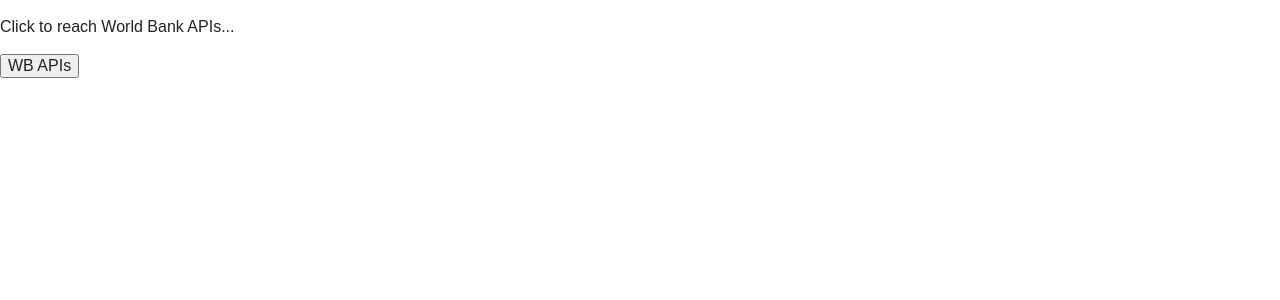
Repository: bugga/venturelab
Page: webkarma/index.html
These files come from the project's save history. The page is drawn as it stood at one moment and after the next save; the edit follows.
The browser window is 1280 px wide. The pictures show the whole page.

Above is the page before, as saved 2013-02-04 05:54:38.

### webkarma/index.html
<!DOCTYPE html>
<!--[if lt IE 7]>      <html class="no-js lt-ie9 lt-ie8 lt-ie7"> <![endif]-->
<!--[if IE 7]>         <html class="no-js lt-ie9 lt-ie8"> <![endif]-->
<!--[if IE 8]>         <html class="no-js lt-ie9"> <![endif]-->
<!--[if gt IE 8]><!--> <html class="no-js"> <!--<![endif]-->
    <head>
        <meta charset="utf-8">
        <meta http-equiv="X-UA-Compatible" content="IE=edge,chrome=1">
        <title></title>
        <meta name="description" content="">
        <meta name="viewport" content="width=device-width">

        <!-- Place favicon.ico and apple-touch-icon.png in the root directory -->

        <link rel="stylesheet" href="css/normalize.css">
        <link rel="stylesheet" href="css/main.css">
        <script src="js/vendor/modernizr-2.6.2.min.js"></script>
    </head>
    <body>
        <!--[if lt IE 7]>
            <p class="chromeframe">You are using an <strong>outdated</strong> browser. Please <a href="http://browsehappy.com/">upgrade your browser</a> or <a href="http://www.google.com/chromeframe/?redirect=true">activate Google Chrome Frame</a> to improve your experience.</p>
        <![endif]-->

        <!-- Add your site or application content here -->
        <p>Click to reach World Bank APIs...</p>
		<button onclick="getAvailableDataSources()">WB APIs</button>
		<!-- WORLD BANK -->

        <!--<script src="//ajax.googleapis.com/ajax/libs/jquery/1.9.0/jquery.min.js"></script>-->
        <script>window.jQuery || document.write('<script src="js/vendor/jquery-1.9.0.min.js"><\/script>')</script>
        <script src="js/plugins.js"></script>
        <script src="js/main.js"></script>

        <!-- Google Analytics: change UA-XXXXX-X to be your site's ID. -->
        <script>
            var _gaq=[['_setAccount','UA-XXXXX-X'],['_trackPageview']];
            (function(d,t){var g=d.createElement(t),s=d.getElementsByTagName(t)[0];
            g.src=('https:'==location.protocol?'//ssl':'//www')+'.google-analytics.com/ga.js';
            s.parentNode.insertBefore(g,s)}(document,'script'));
        </script>
    </body>
</html>

### webkarma/css/main.css
/*
 * HTML5 Boilerplate
 *
 * What follows is the result of much research on cross-browser styling.
 * Credit left inline and big thanks to Nicolas Gallagher, Jonathan Neal,
 * Kroc Camen, and the H5BP dev community and team.
 */

/* ==========================================================================
   Base styles: opinionated defaults
   ========================================================================== */

html,
button,
input,
select,
textarea {
    color: #222;
}

body {
    font-size: 1em;
    line-height: 1.4;
}

/*
 * Remove text-shadow in selection highlight: h5bp.com/i
 * These selection declarations have to be separate.
 * Customize the background color to match your design.
 */

::-moz-selection {
    background: #b3d4fc;
    text-shadow: none;
}

::selection {
    background: #b3d4fc;
    text-shadow: none;
}

/*
 * A better looking default horizontal rule
 */

hr {
    display: block;
    height: 1px;
    border: 0;
    border-top: 1px solid #ccc;
    margin: 1em 0;
    padding: 0;
}

/*
 * Remove the gap between images and the bottom of their containers: h5bp.com/i/440
 */

img {
    vertical-align: middle;
}

/*
 * Remove default fieldset styles.
 */

fieldset {
    border: 0;
    margin: 0;
    padding: 0;
}

/*
 * Allow only vertical resizing of textareas.
 */

textarea {
    resize: vertical;
}

/* ==========================================================================
   Chrome Frame prompt
   ========================================================================== */

.chromeframe {
    margin: 0.2em 0;
    background: #ccc;
    color: #000;
    padding: 0.2em 0;
}

/* ==========================================================================
   Author's custom styles
   ========================================================================== */

















/* ==========================================================================
   Helper classes
   ========================================================================== */

/*
 * Image replacement
 */

.ir {
    background-color: transparent;
    border: 0;
    overflow: hidden;
    /* IE 6/7 fallback */
    *text-indent: -9999px;
}

.ir:before {
    content: "";
    display: block;
    width: 0;
    height: 150%;
}

/*
 * Hide from both screenreaders and browsers: h5bp.com/u
 */

.hidden {
    display: none !important;
    visibility: hidden;
}

/*
 * Hide only visually, but have it available for screenreaders: h5bp.com/v
 */

.visuallyhidden {
    border: 0;
    clip: rect(0 0 0 0);
    height: 1px;
    margin: -1px;
    overflow: hidden;
    padding: 0;
    position: absolute;
    width: 1px;
}

/*
 * Extends the .visuallyhidden class to allow the element to be focusable
 * when navigated to via the keyboard: h5bp.com/p
 */

.visuallyhidden.focusable:active,
.visuallyhidden.focusable:focus {
    clip: auto;
    height: auto;
    margin: 0;
    overflow: visible;
    position: static;
    width: auto;
}

/*
 * Hide visually and from screenreaders, but maintain layout
 */

.invisible {
    visibility: hidden;
}

/*
 * Clearfix: contain floats
 *
 * For modern browsers
 * 1. The space content is one way to avoid an Opera bug when the
 *    `contenteditable` attribute is included anywhere else in the document.
 *    Otherwise it causes space to appear at the top and bottom of elements
 *    that receive the `clearfix` class.
 * 2. The use of `table` rather than `block` is only necessary if using
 *    `:before` to contain the top-margins of child elements.
 */

.clearfix:before,
.clearfix:after {
    content: " "; /* 1 */
    display: table; /* 2 */
}

.clearfix:after {
    clear: both;
}

/*
 * For IE 6/7 only
 * Include this rule to trigger hasLayout and contain floats.
 */

.clearfix {
    *zoom: 1;
}

/* ==========================================================================
   EXAMPLE Media Queries for Responsive Design.
   Theses examples override the primary ('mobile first') styles.
   Modify as content requires.
   ========================================================================== */

@media only screen and (min-width: 35em) {
    /* Style adjustments for viewports that meet the condition */
}

@media print,
       (-o-min-device-pixel-ratio: 5/4),
       (-webkit-min-device-pixel-ratio: 1.25),
       (min-resolution: 120dpi) {
    /* Style adjustments for high resolution devices */
}

/* ==========================================================================
   Print styles.
   Inlined to avoid required HTTP connection: h5bp.com/r
   ========================================================================== */

@media print {
    * {
        background: transparent !important;
        color: #000 !important; /* Black prints faster: h5bp.com/s */
        box-shadow: none !important;
        text-shadow: none !important;
    }

    a,
    a:visited {
        text-decoration: underline;
    }

    a[href]:after {
        content: " (" attr(href) ")";
    }

    abbr[title]:after {
        content: " (" attr(title) ")";
    }

    /*
     * Don't show links for images, or javascript/internal links
     */

    .ir a:after,
    a[href^="javascript:"]:after,
    a[href^="#"]:after {
        content: "";
    }

    pre,
    blockquote {
        border: 1px solid #999;
        page-break-inside: avoid;
    }

    thead {
        display: table-header-group; /* h5bp.com/t */
    }

    tr,
    img {
        page-break-inside: avoid;
    }

    img {
        max-width: 100% !important;
    }

    @page {
        margin: 0.5cm;
    }

    p,
    h2,
    h3 {
        orphans: 3;
        widows: 3;
    }

    h2,
    h3 {
        page-break-after: avoid;
    }
}

### webkarma/js/plugins.js
// Avoid `console` errors in browsers that lack a console.
(function() {
    var method;
    var noop = function () {};
    var methods = [
        'assert', 'clear', 'count', 'debug', 'dir', 'dirxml', 'error',
        'exception', 'group', 'groupCollapsed', 'groupEnd', 'info', 'log',
        'markTimeline', 'profile', 'profileEnd', 'table', 'time', 'timeEnd',
        'timeStamp', 'trace', 'warn'
    ];
    var length = methods.length;
    var console = (window.console = window.console || {});

    while (length--) {
        method = methods[length];

        // Only stub undefined methods.
        if (!console[method]) {
            console[method] = noop;
        }
    }
}());

// Place any jQuery/helper plugins in here.

### webkarma/js/main.js
/**
 * @author Shriyamvar Bugga
 */

function getAvailableDataSources()
{
	var httpRequest;
	var url = "http://api.worldbank.org/source?per_page=50";
	makeRequest( url );
}

function makeRequest(url)
{
	if (window.XMLHttpRequest)
 	{ // Mozilla, Safari, ...
		httpRequest = new XMLHttpRequest();
    }
    else if (window.ActiveXObject)
    { // IE
		try
		{
        	httpRequest = new ActiveXObject("Msxml2.XMLHTTP");
        }
        catch (e)
        {
        	try
        	{
        		httpRequest = new ActiveXObject("Microsoft.XMLHTTP");
        	}
        	catch (e) {}
        }
    }

    if (!httpRequest)
    {
    	alert('Giving up :( Cannot create an XMLHTTP instance');
    	return false;
    }

    httpRequest.onreadystatechange = checkResponseXML;
    httpRequest.open('GET', url, false);
    httpRequest.send();
}

function checkResponseXML()
{
	if (httpRequest.readyState === 4)
    {
    	ParseHTTPResponse(httpRequest);
	}
}

function ParseHTTPResponse (httpRequest) {
    var xmlDoc = httpRequest.responseXML;
            // if responseXML is not valid, try to create the XML document from the responseText property
    if (!xmlDoc || !xmlDoc.documentElement) {
        if (window.DOMParser) {
            var parser = new DOMParser();
            try {
                xmlDoc = parser.parseFromString (httpRequest.responseText, "xml");
            } catch (e) {
                alert ("XML parsing error");
                return null;
            };
        }
        else {

            xmlDoc = CreateMSXMLDocumentObject ();
            if (!xmlDoc) {
                return null;
            }
            xmlDoc.loadXML (httpRequest.responseText);

        }

    }
                // if there was an error while parsing the XML document
    var errorMsg = null;
    if (xmlDoc.parseError && xmlDoc.parseError.errorCode != 0) {
        errorMsg = "XML Parsing Error: " + xmlDoc.parseError.reason
                  + " at line " + xmlDoc.parseError.line
                  + " at position " + xmlDoc.parseError.linepos;
    }
    else {
        if (xmlDoc.documentElement) {
            if (xmlDoc.documentElement.nodeName == "parsererror") {
                errorMsg = xmlDoc.documentElement.childNodes[0].nodeValue;
            }
        }
    }
    if (errorMsg) {
        alert (errorMsg);
        return null;
    }

    alert('progress... C ' + xmlDoc);

            // ok, the XML document is valid
    return xmlDoc;
}

Loaded but not shown: webkarma/css/normalize.css (library); webkarma/js/vendor/modernizr-2.6.2.min.js (library); webkarma/js/vendor/jquery-1.9.0.min.js (library)

After the next save:
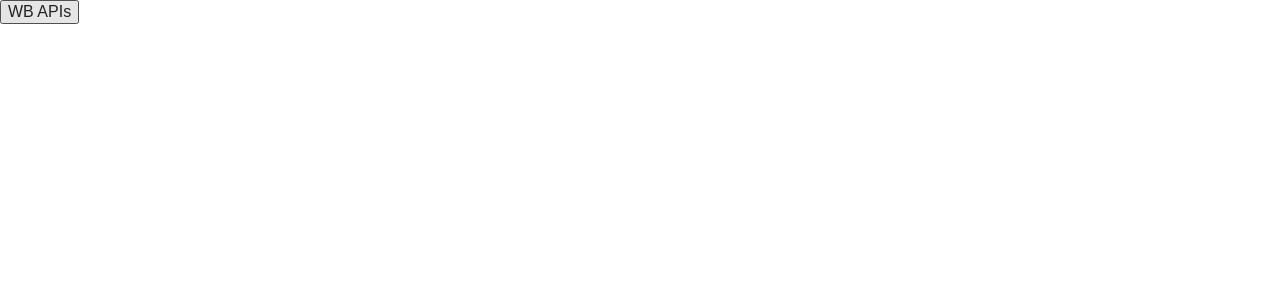
Saved 42 min 0 s later.
--- a/webkarma/index.html
+++ b/webkarma/index.html
@@ -22,7 +22,7 @@
         <![endif]-->
 
         <!-- Add your site or application content here -->
-        <p>Click to reach World Bank APIs...</p>
+
 		<button onclick="getAvailableDataSources()">WB APIs</button>
 		<!-- WORLD BANK -->
 
